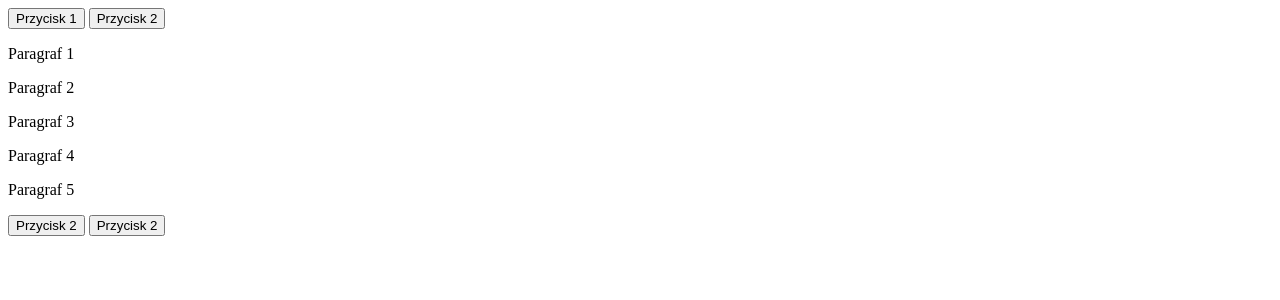
Repository: magdaf41/jQuery
Page: zadanie 2/index.html
An editor plug-in stored every save of this project. The page is shown before and after the next save, followed by the edit.
The browser window is 1280 px wide. The pictures show the whole page.
Some web libraries are served in a nearby version.

Above is the page before, as saved 2020-09-13 22:08:23.

### zadanie 2/index.html
<!DOCTYPE html>
<html lang="en">

<head>
    <meta charset="UTF-8">
    <meta name="viewport" content="width=device-width, initial-scale=1.0">
    <title>Animation</title>
    <link rel="stylesheet" href="css/style.css">
</head>

<body>

<div>
    <button id="button1">Przycisk 1</button>

</div>

    <p class="first">Paragraf 1</p>
    <p class="second">Paragraf 2</p>
    <p class="third">Paragraf 3</p>
    <p class="fourth">Paragraf 4</p>
    <p class="fifth">Paragraf 5</p>

<div>
    <button id="button2">Przycisk 2</button>
</div>


    <script src="https://cdnjs.cloudflare.com/ajax/libs/jquery/3.2.1/jquery.min.js"></script>
    <script src="https://code.jquery.com/ui/1.12.1/jquery-ui.min.js"
        integrity="sha256-VazP97ZCwtekAsvgPBSUwPFKdrwD3unUfSGVYrahUqU=" crossorigin="anonymous"></script>
    <script src="js/main.js"></script>
</body>

</html>

### zadanie 2/js/main.js
$(document).ready(function () {


  $('#button1').click(function () {
    $('p:last').insertBefore('p:first');

  });

  $('div').append('<button id="button2">Przycisk 2</button>');
  $('#button2').click(function () {
    $('p:first').insertAfter('p:last');

  });
});

Loaded but not shown: zadanie 2/css/style.css (no stored copy; drawn as an empty file)

After the next save:
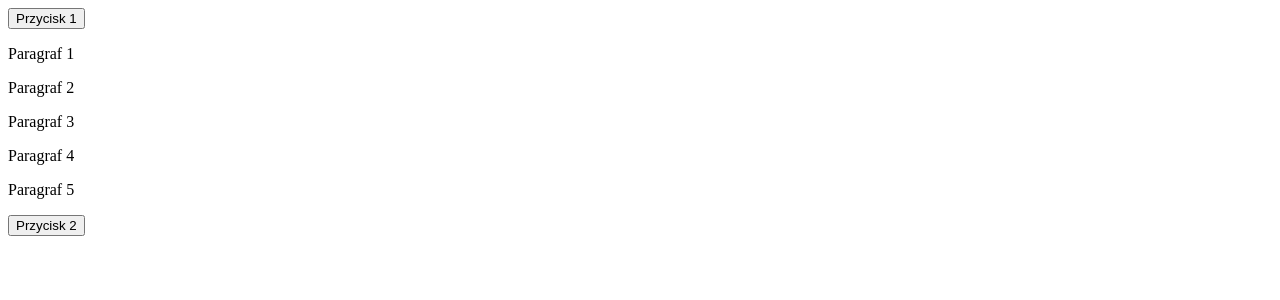
Saved 15 s later.
--- a/zadanie 2/js/main.js
+++ b/zadanie 2/js/main.js
@@ -6,7 +6,6 @@ $(document).ready(function () {
 
   });
 
-  $('div').append('<button id="button2">Przycisk 2</button>');
   $('#button2').click(function () {
     $('p:first').insertAfter('p:last');
 
